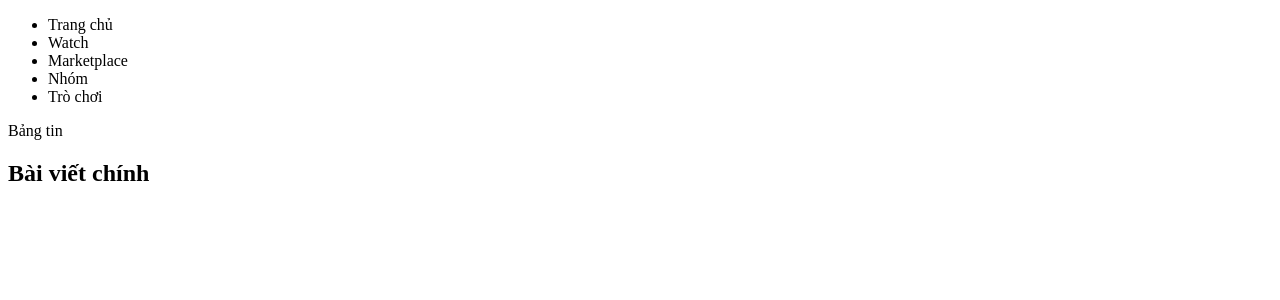
Repository: congle98/CSS_LayoutFacebookCoBan
Page: index.html
These files come from the project's save history. The page is drawn as it stood at one moment and after a run of saves; the edit follows.
The browser window is 1280 px wide. The pictures show the whole page.

Above is the page before, as saved 2021-05-26 15:20:36.

### index.html
<!DOCTYPE html>
<html lang="en">
<head>
    <meta charset="UTF-8">
    <meta http-equiv="X-UA-Compatible" content="IE=edge">
    <meta name="viewport" content="width=device-width, initial-scale=1.0">
    <title>Document</title>
</head>
<body>
    <header>
        <nav>
            <ul>
                <li>Trang chủ</li>
                <li>Watch</li>
                <li>Marketplace</li>
                <li>Nhóm</li>
                <li>Trò chơi</li>
            </ul>
        </nav>
    </header>
    <section>
        <article>
            Bảng tin
        </article>
        <article>
            <h2>Bài viết chính</h2>
        </article>
    </section>
</body>
</html>

After the next 3 saves:
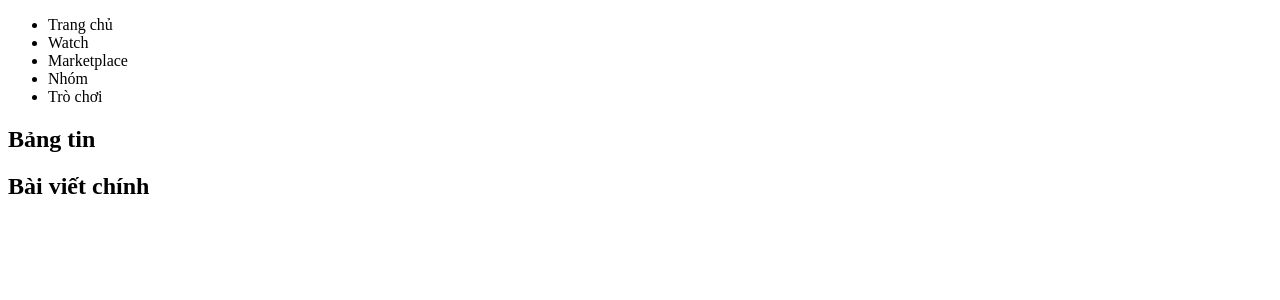
The 3 saves are shown as one change because they came seconds apart.
The last was saved 9 s later.
--- a/index.html
+++ b/index.html
@@ -20,7 +20,7 @@
     </header>
     <section>
         <article>
-            Bảng tin
+            <h2>Bảng tin</h2>
         </article>
         <article>
             <h2>Bài viết chính</h2>
